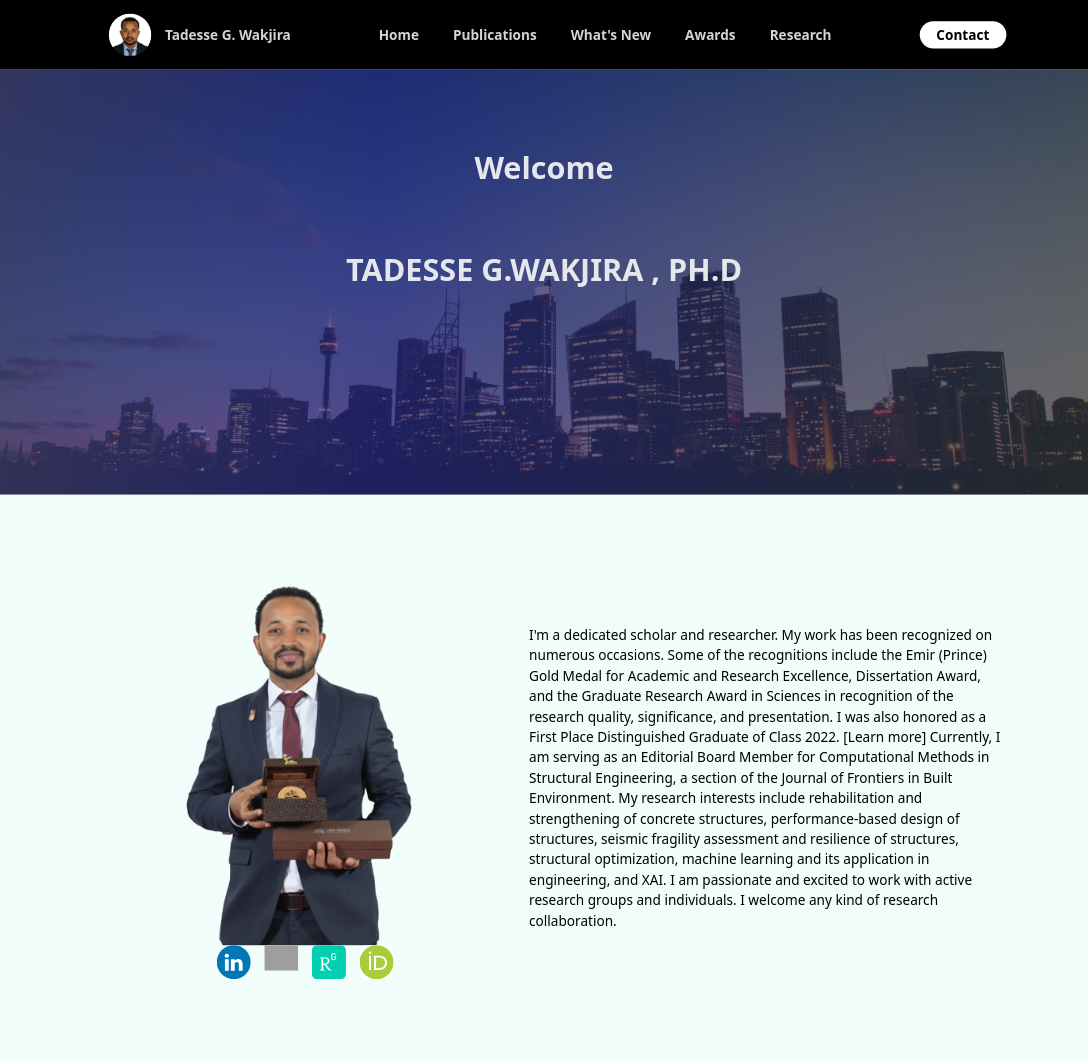
Repository: Elias-Kibret/Tade-portfoilo
Page: /
The author's editor kept a copy of each file at every save. The page is drawn from the files as they stood at one save, then again after the next save.
The browser window is 1280 px wide. The pictures show the whole page, at 85% of full size.
Pictures or frames that could not be fetched are drawn as grey boxes. The project was rebuilt for these pictures with package versions that can differ from the ones it lists, and the page was loaded fresh each time. The framework's server and built-in components were replaced by stand-ins that run in the browser. Also part of the build but not shown: next.config.js.

Above is the page before, as saved 2022-06-28 11:41:57.

After the next save:
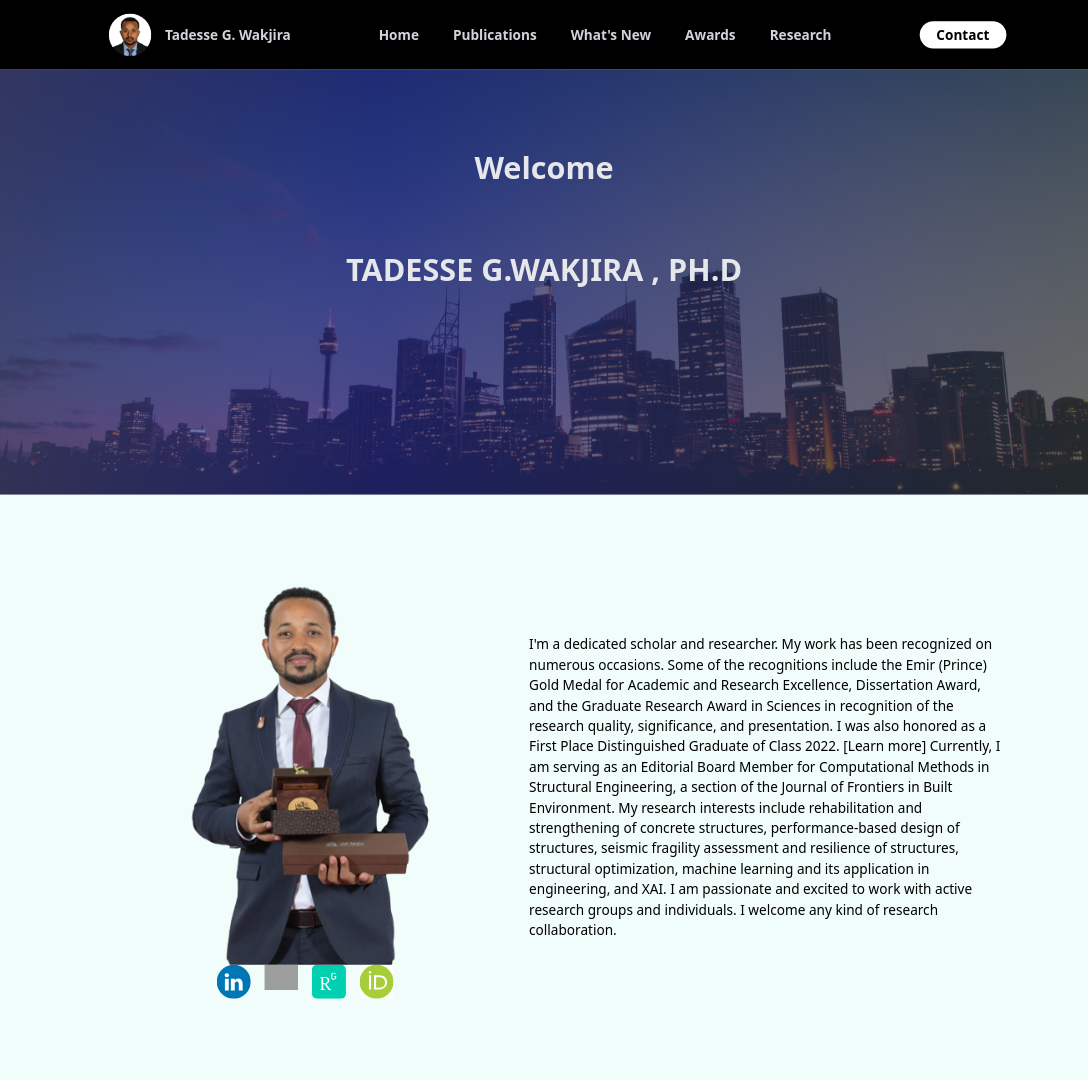
Saved 24 s later.
--- a/components/About.tsx
+++ b/components/About.tsx
@@ -12,7 +12,7 @@ const About = () => {
   return (
     <section className='bg-teal-50 flex justify-between items-center  p-24 mx-auto '>
         <div className='w-3/4'>
-        <Image  src={profileImage} width={500} height={500} alt="Tadessa G.wakjira"/>
+        <Image  src={profileImage} width={550} height={500} alt="Tadessa G.wakjira"/>
         {/* Social media Links */}
         <div className='space-x-4 flex justify-center'>
             <Link href=""><a> <Image src={linkedin} width={40} height={40} alt="Linkedin"/></a></Link>
